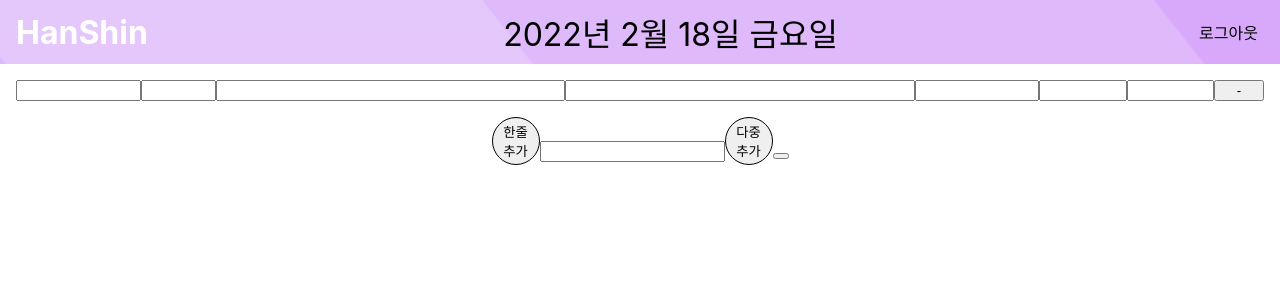
Repository: SeungYn/hanshinClient
Page: /add
The author's editor kept a copy of each file at every save. The page is drawn from the files as they stood at one save, then again after the next save.
The browser window is 1280 px wide. The pictures show the whole page.
The project was rebuilt for these pictures with package versions that can differ from the ones it lists, and the page was loaded fresh each time. Also part of the build but not shown: src/App.css, src/components/item/item.jsx, src/components/package/package.module.css, src/components/package/package.jsx.

Above is the page before, as saved 2022-02-20 02:19:13.

### public/index.html
<!DOCTYPE html>
<html lang="en">
  <head>
    <meta charset="utf-8" />
    <link rel="icon" href="%PUBLIC_URL%/favicon.ico" />
    <meta name="viewport" content="width=device-width, initial-scale=1" />
    <meta name="theme-color" content="#000000" />
    <meta
      name="description"
      content="Web site created using create-react-app"
    />
  </head>
  <body>
    <div id="root"></div>
  </body>
</html>

### src/index.js
import React from 'react';
import ReactDOM from 'react-dom';
import './index.css';
import App from './App';
import { BrowserRouter } from 'react-router-dom';
ReactDOM.render(
  <React.StrictMode>
    <BrowserRouter>
      <App />
    </BrowserRouter>
  </React.StrictMode>,
  document.getElementById('root')
);

### src/index.css
html {
  height: 100%;
}
body {
  margin: 0;
  font-family: -apple-system, BlinkMacSystemFont, 'Segoe UI', 'Roboto', 'Oxygen',
    'Ubuntu', 'Cantarell', 'Fira Sans', 'Droid Sans', 'Helvetica Neue',
    sans-serif;
  -webkit-font-smoothing: antialiased;
  -moz-osx-font-smoothing: grayscale;
  height: 100%;
}
h1 {
  margin: 0;
}
code {
  font-family: source-code-pro, Menlo, Monaco, Consolas, 'Courier New',
    monospace;
}

* {
  box-sizing: border-box;
}
p,
h2 {
  margin: 0;
  padding: 0;
}

ul {
  list-style: none;
  margin: 0;
  padding: 0;
}

### src/App.jsx
import './App.css';
import Header from './components/header/header';
import Package from './components/package/package';
import { Route, Routes } from 'react-router-dom';
import AddBoxs from './addboxs/addBoxs';
function App() {
  return (
    <div className='app'>
      <Header />
      <Routes>
        <Route exact path='/' element={<Package />} />
        <Route exact path='/add' element={<AddBoxs />} />
      </Routes>
    </div>
  );
}

export default App;

### src/components/header/header.jsx
import React, { useEffect, useState } from 'react';
import styles from './header.module.css';

const Header = (props) => {
  const [date, setDate] = useState(new Date());
  const [month, setMonth] = useState('');
  const [year, setYear] = useState('');
  const [day, setDay] = useState('');
  const [dates, setDates] = useState('');

  useEffect(() => {
    setMonth(date.getMonth() + 1);
    switch (date.getDay()) {
      case 0:
        setDay('일');
        break;
      case 1:
        setDay('월');
        break;
      case 2:
        setDay('화');
        break;
      case 3:
        setDay('수');
        break;
      case 4:
        setDay('목');
        break;
      case 5:
        setDay('금');
        break;
      case 6:
        setDay('토');
        break;
    }
    setYear(date.getFullYear());
    setDates(date.getDate());
  }, [date, month, year, dates, day]);

  return (
    <header className={styles.header}>
      <h1 className={styles.title}>HanShin</h1>
      <p
        className={styles.day}
      >{`${year}년 ${month}월 ${dates}일 ${day}요일`}</p>
      <nav className={styles.menu}>
        <button className={styles.menu__item}>로그아웃</button>
      </nav>
    </header>
  );
};

export default Header;

### src/addboxs/addBoxs.jsx
import React, { useRef, useState } from 'react';
import styles from './addBoxs.module.css';

const AddBoxs = (props) => {
  const [boxList, setBoxList] = useState([
    {
      date: '',
      kind: '',
      sender: '',
      receiver: '',
      receivedDate: '',
      position: '',
      name: '',
    },
  ]);

  const countRef = useRef();

  const onSubmit = (e) => {
    e.console.log(1);
  };

  const onChange = (event, index) => {
    const boxs = [...boxList];
    const name = event.currentTarget.name;
    const value = event.currentTarget.value;

    boxs[index][name] = value;
    setBoxList(boxs);

    // switch (name) {
    //   case 'date':
    //     boxs[index][name] = value;
    //     return setBoxList(boxs);
    //   case 'kind':
    //     boxs[index][name] = value;
    //     return setBoxList(boxs);
    //   case 'sender':
    //     boxs[index][name] = value;
    //     return setBoxList(boxs);
    //   case 'receiver':
    //     boxs[index][name] = value;
    //     return setBoxList(boxs);
    //   case 'receivedDate':
    //     boxs[index][name] = value;
    //     return setBoxList(boxs);
    //   case 'position':
    //     boxs[index][name] = value;
    //     return setBoxList(boxs);
    //   case 'name':
    //     boxs[index][name] = value;
    //     return setBoxList(boxs);
    // }
  };

  const onAdd = () => {
    setBoxList([
      ...boxList,
      {
        date: '',
        kind: '',
        sender: '',
        receiver: '',
        receivedDate: '',
        position: '',
        name: '',
      },
    ]);
  };

  const onMultiAdd = () => {
    const count = countRef.current.value;
    const boxs = [...boxList];
    for (let i = 0; i < count; i++) {
      boxs.push({
        date: '',
        kind: '',
        sender: '',
        receiver: '',
        receivedDate: '',
        position: '',
        name: '',
      });
    }
    setBoxList(boxs);
  };

  const onRemove = (event, index) => {
    const boxs = [...boxList];
    boxs.splice(index, 1);
    setBoxList(boxs);
  };

  return (
    <section className={styles.addContainer}>
      <form onSubmit={onSubmit} className={styles.addForm}>
        {boxList.map((box, index) => {
          return (
            <div className={styles.items} key={index}>
              <input
                type='text'
                name='date'
                onChange={(event) => onChange(event, index)}
                value={box.date}
              />
              <input
                type='text'
                name='kind'
                onChange={(event) => onChange(event, index)}
                value={box.kind}
              />
              <input
                type='text'
                name='sender'
                onChange={(event) => onChange(event, index)}
                value={box.sender}
              />
              <input
                type='text'
                name='receiver'
                onChange={(event) => onChange(event, index)}
                value={box.receiver}
              />
              <input
                type='text'
                name='receivedDate'
                onChange={(event) => onChange(event, index)}
                value={box.receivedDate}
              />
              <input
                type='text'
                name='position'
                onChange={(event) => onChange(event, index)}
                value={box.position}
              />
              <input
                type='text'
                name='name'
                onChange={(event) => onChange(event, index)}
                value={box.name}
              />
              <button type='button' onClick={(event) => onRemove(event, index)}>
                -
              </button>
            </div>
          );
        })}
      </form>
      <div className={styles.bottomBtn}>
        <button className={styles.addBtn} onClick={onAdd}>
          한줄추가
        </button>
        <input type='text' name='count' ref={countRef} />
        <button className={styles.addBtn} onClick={onMultiAdd}>
          다중추가
        </button>
        <button></button>
      </div>
    </section>
  );
};

export default AddBoxs;

### src/components/header/header.module.css
header {
  background: no-repeat url('./backimg.png');
  background-size: cover;
  height: 4rem;
  display: flex;
  justify-content: space-between;
  align-items: center;
  padding: 0.1rem 1rem;
}

.title {
  color: white;
}
.day {
  font-size: 2rem;
}
.menu__item {
  border: 0;
  background: none;
  font-size: 1rem;
}

### src/addboxs/addBoxs.module.css
.addContainer {
  width: 100%;
  display: flex;
  flex-direction: column;
  align-items: center;
}

.addForm {
  width: 100%;
  padding: 1rem;
}

.items {
  display: grid;
  grid-template-columns: 10% 6% 28% 28% 10% 7% 7% 4%;
  align-items: center;
}

.addBtn {
  width: 3rem;
  height: 3rem;
  border: 1px solid black;
  border-radius: 50%;
}

### src/components/item/item.module.css
.items {
  display: grid;
  grid-template-columns: 10% 6% 30% 30% 10% 7% 7%;
  align-items: center;
  border: 1px solid black;
}

.items:hover {
  background-color: #fef6ff;
}

p {
  /* 크기를 넘기면 자동으로 줄바꿈 */
  text-align: center;
  overflow-wrap: break-word;
}

After the next save:
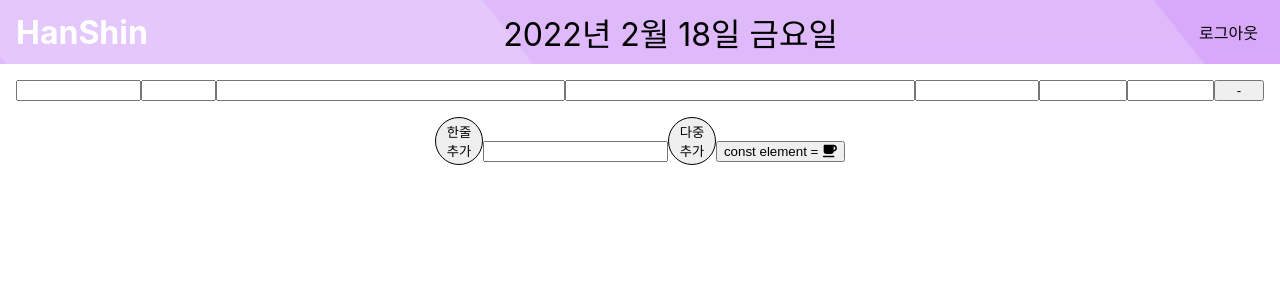
Saved 5 min 36 s later.
--- a/src/addboxs/addBoxs.jsx
+++ b/src/addboxs/addBoxs.jsx
@@ -1,5 +1,7 @@
 import React, { useRef, useState } from 'react';
 import styles from './addBoxs.module.css';
+import { FontAwesomeIcon } from '@fortawesome/react-fontawesome';
+import { faCoffee } from '@fortawesome/free-solid-svg-icons';
 
 const AddBoxs = (props) => {
   const [boxList, setBoxList] = useState([
@@ -154,7 +156,9 @@ const AddBoxs = (props) => {
         <button className={styles.addBtn} onClick={onMultiAdd}>
           다중추가
         </button>
-        <button></button>
+        <button>
+          const element = <FontAwesomeIcon icon={faCoffee} />
+        </button>
       </div>
     </section>
   );
